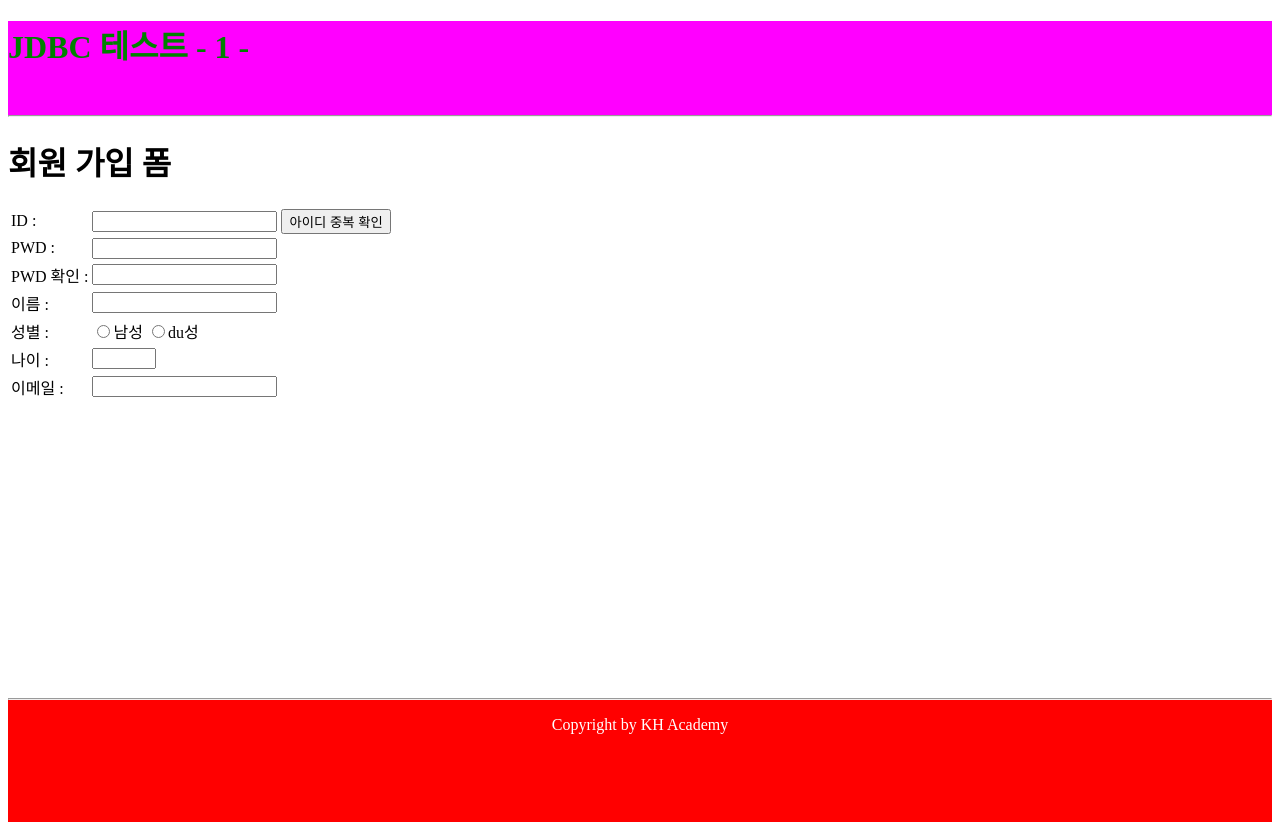
Repository: steeveelee2/WEB_Study
Page: http://localhost/JDBC1Project/views/member/memberJoin.jsp
An editor plug-in stored every save of this project. The page is shown before and after the next save, followed by the edit.
The browser window is 1280 px wide. The pictures show the whole page.
The page is served by Tomcat 9. Other server files are loaded and not shown.

Above is the page before, as saved 2018-10-16 05:12:38.

### webWorkspace/JDBC1Project/web/views/member/memberJoin.jsp
<%@ page language="java" contentType="text/html; charset=UTF-8"
    pageEncoding="UTF-8"%>
<!DOCTYPE html>
<html>
<head>
<meta charset="UTF-8">
<title>회원가입 폼</title>
</head>
<body>
	<%@ include file="/views/common/header.jsp" %>

	<h1>회원 가입 폼</h1>

	<form action="/jdbc1/mInsert.do" method="post">

		<table>

			<tr>
				<td>ID : </td>
				<td><input type="text" name="userId"/></td>
				<td><button type="button" id="dupBtn">아이디 중복 확인</button></td>
			</tr>
			<tr>
				<td>PWD : </td>
				<td><input type="password" name="userPwd" id="userPwd"/></td>
				<td></td>
			</tr>
			<tr>
				<td>PWD 확인 : </td>
				<td><input type="password" name="userPwd2" id="userPwd2"/></td>
				<td></td>
			</tr>
			<tr>
				<td>이름 : </td>
				<td><input type="text" name="userName"/></td>
				<td></td>
			</tr>
			<tr>
				<td>성별 : </td>
				<td>
					<input type="radio" name="gender" value="M"/>남성
					<input type="radio" name="gender" value="F"/>du성
				</td>
				<td></td>
			</tr>
			<tr>
				<td>나이 : </td>
				<td><input type="number" name="age" min="10" max="100"/></td>
				<td></td>
			</tr>
			<tr>
				<td>이메일 : </td>
				<td><input type="email" name="email"/></td>
				<td></td>
			</tr>

		</table>

	</form>

	<%@ include file="/views/common/footer.jsp" %>
</body>
</html>

### webWorkspace/JDBC1Project/web/views/common/header.jsp
<%@ page language="java" contentType="text/html; charset=UTF-8"
    pageEncoding="UTF-8"%>
<header style="background:magenta; color:green;">
	<h1>JDBC 테스트 - 1 -</h1>
	<br>
	<hr>
</header>

### webWorkspace/JDBC1Project/web/views/common/footer.jsp
<%@ page language="java" contentType="text/html; charset=UTF-8"
    pageEncoding="UTF-8"%>
<br><br><br><br>
<br><br><br><br>
<br><br><br><br>
<br><br><br><br>

<footer style="background:red; color:white;">
	<hr>
	<p align="center">
		Copyright by KH Academy
	</p>
	<br><br>
	<br><br>
</footer>

After the next save:
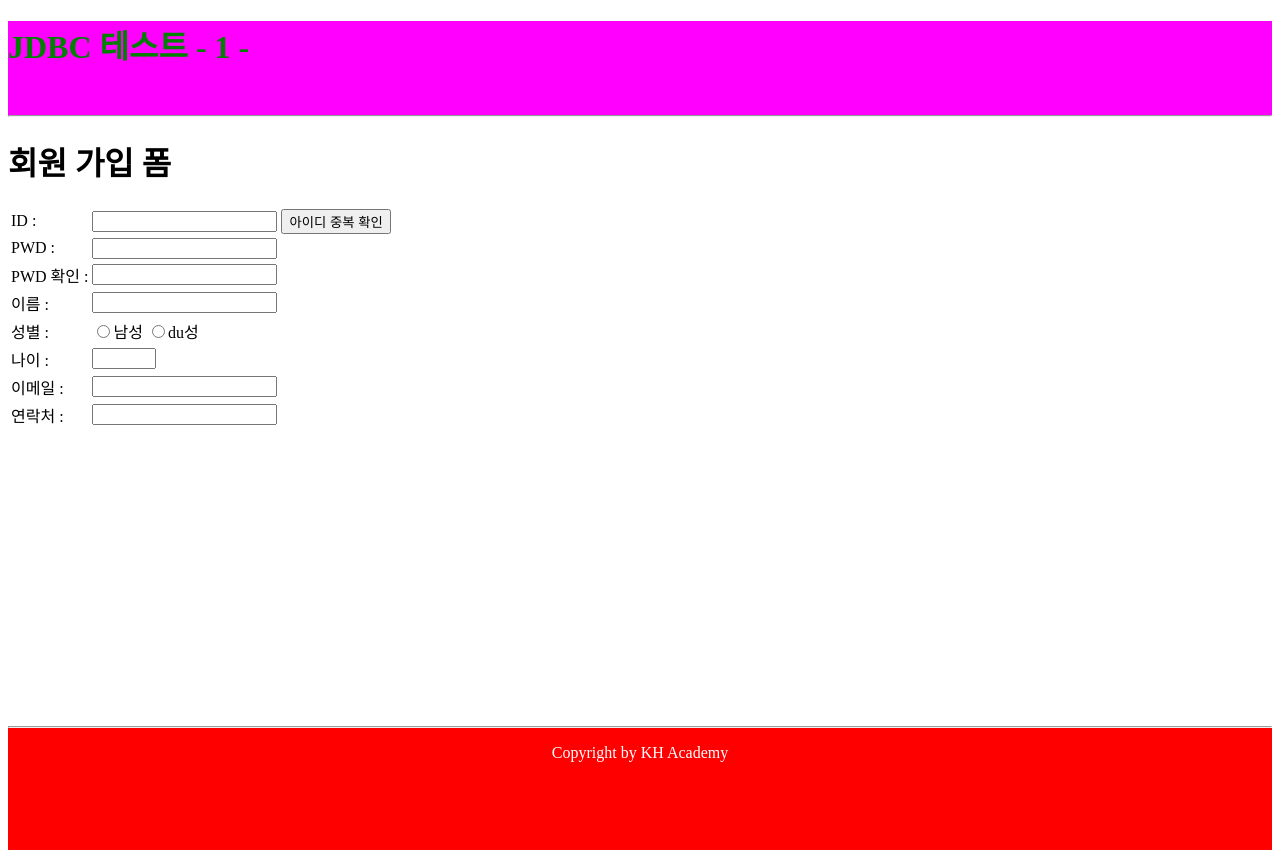
Saved 51 s later.
--- a/webWorkspace/JDBC1Project/web/views/member/memberJoin.jsp
+++ b/webWorkspace/JDBC1Project/web/views/member/memberJoin.jsp
@@ -53,6 +53,11 @@
 				<td><input type="email" name="email"/></td>
 				<td></td>
 			</tr>
+			<tr>
+				<td>연락처 : </td>
+				<td><input type="tel" name="phone"/></td>
+				<td></td>
+			</tr>
 
 		</table>
 
